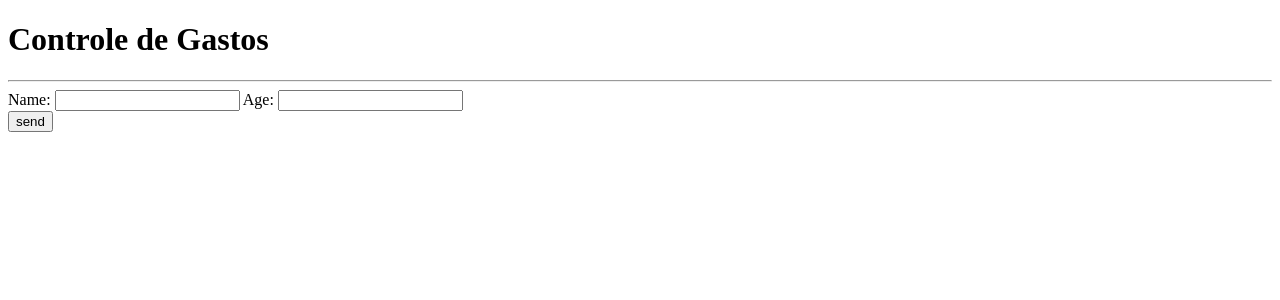
Repository: MarcioFreitasUFSC21/FrontEnd-part-1
Page: index.html
These files come from the project's save history. The page is drawn as it stood at one moment and after the next save; the edit follows.
The browser window is 1280 px wide. The pictures show the whole page.

Above is the page before, as saved 2023-04-22 19:07:32.

After the next save:
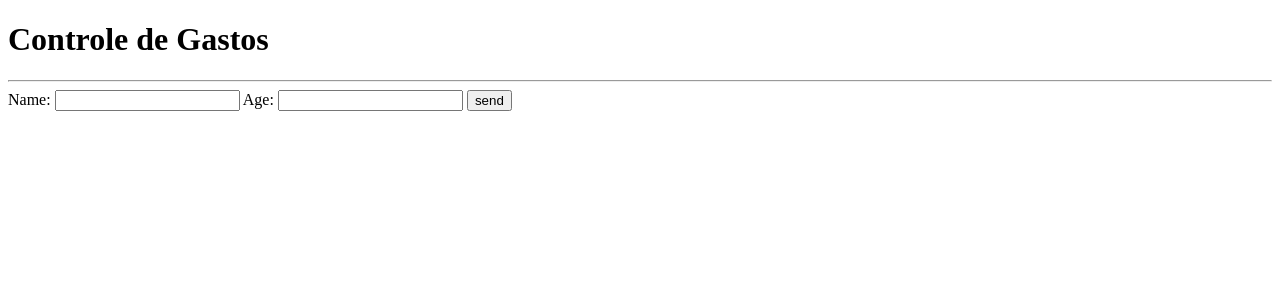
Saved 14 s later.
--- a/index.html
+++ b/index.html
@@ -10,7 +10,7 @@
     <h1> Controle de Gastos</h1>
     <hr>
     <label type = "Name"> Name: </label> <input type = "text" ></input>
-    <label type = "Name"> Age: </label> <input type = "number" ></input><br>
+    <label type = "Name"> Age: </label> <input type = "number" ></input>
     <button type = "submit"> send</button>
 </body>
 </html>
